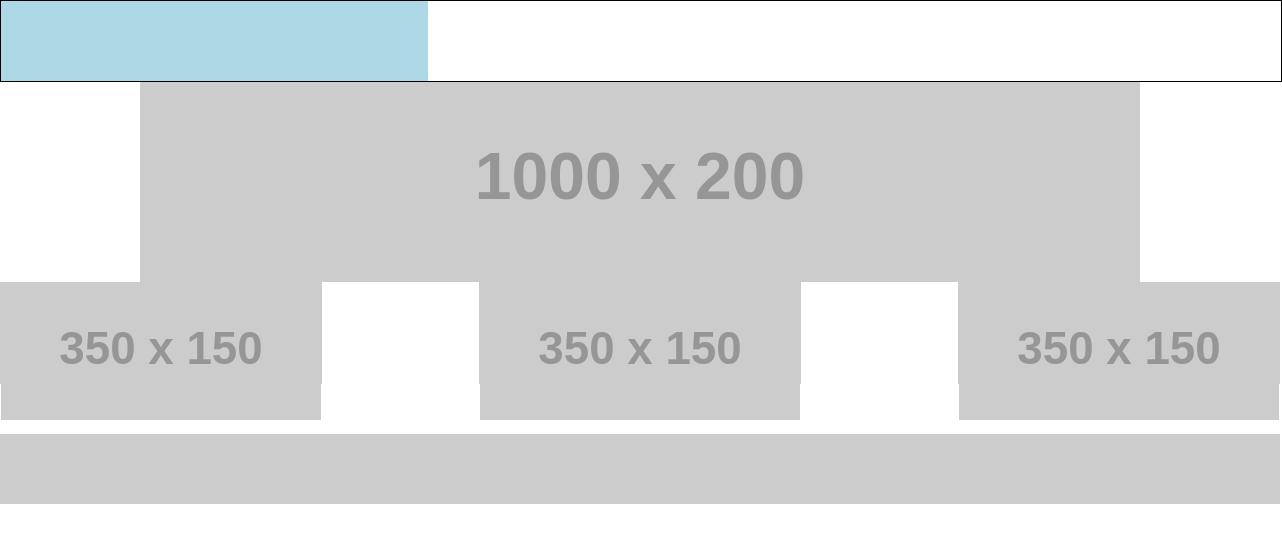
Repository: punitbathija/Placement-Assitance-iNeuron
Page: responsive-web-design.html
The author's editor kept a copy of each file at every save. The page is drawn from the files as they stood at one save, then again after the next save.
The browser window is 1280 px wide. The page is 1282 px wide, so the pictures cover 1282 px, including what lies to the right of the window. The pictures show the whole page.

Above is the page before, as saved 2023-05-23 15:19:37.

After the next save:
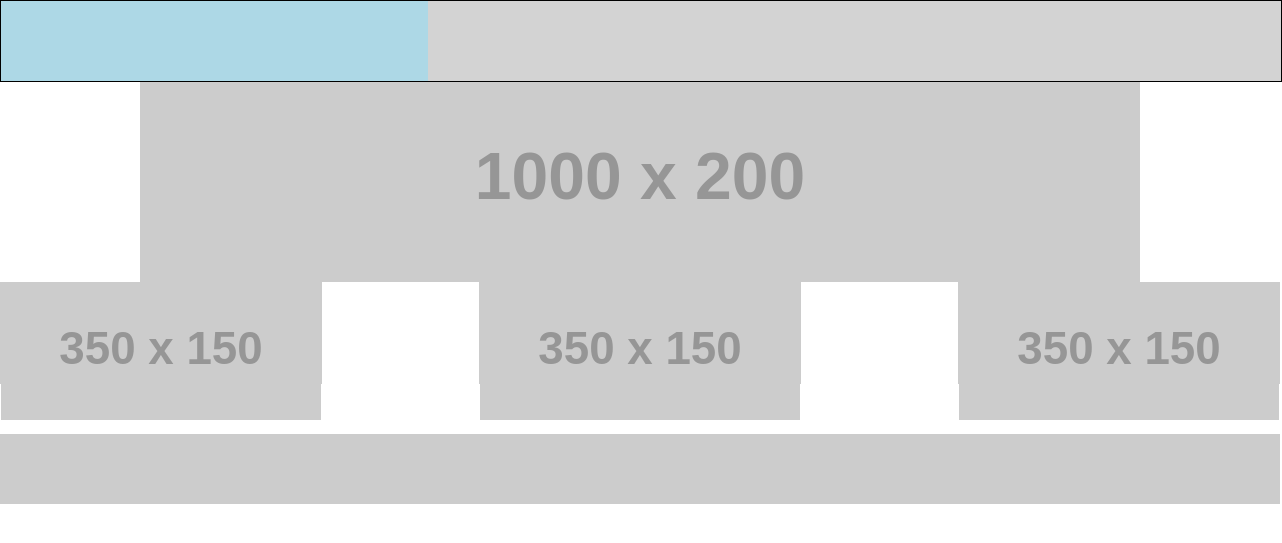
Saved 11 s later.
--- a/responsive-web-design.html
+++ b/responsive-web-design.html
@@ -30,6 +30,7 @@
       }
 
       .nav-right {
+        background-color: lightgrey;
         flex-grow: 2;
         height: 5rem;
       }
